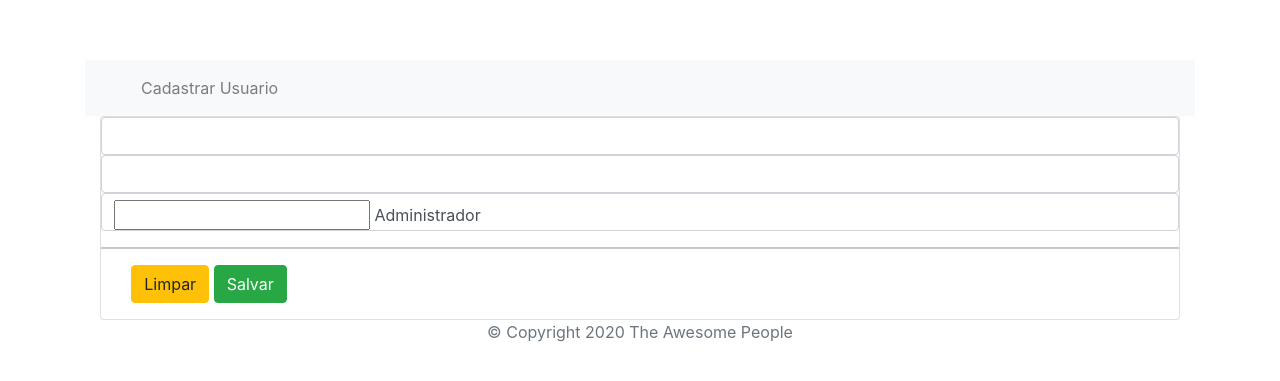
Repository: ClaytonEduard/cartaodeponto
Page: http://localhost/
An editor plug-in stored every save of this project. The page is shown before and after a run of saves, followed by the edit.
The browser window is 1280 px wide. The pictures show the whole page.
Some web libraries are served in a nearby version. The page is served by the project's Node server (app.js).

Above is the page before, as saved 2022-04-11 17:35:44.

After the next 3 saves:
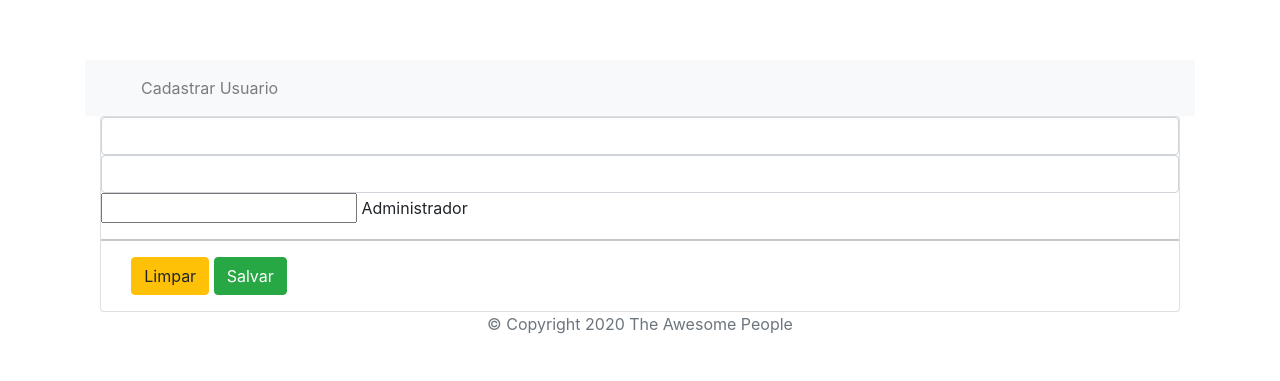
The 3 saves are shown as one change because they came seconds apart.
The last was saved 9 s later.
--- a/views/cadusuario.ejs
+++ b/views/cadusuario.ejs
@@ -24,19 +24,18 @@
 
 
                     <input type="password " class="form-control " id="senha " name="senha ">
+
+                    <input type="checkbox " class="form-control-input " id="eAdmin " name="eAdmin ">
+                    <label class="form-check-label " for="eAdmin ">Administrador</label>
+
+                    <hr />
+                    <div class="mb-3 button " style="margin-left: 8mm; ">
+                        <button class="btn btn-warning " type="reset ">Limpar</button>
+                        <button class="btn btn-success " type="submit ">Salvar</button>
+                    </div>
+                </form>
             </div>
-            <div class="form-control ">
-                <input type="checkbox " class="form-control-input " id="eAdmin " name="eAdmin ">
-                <label class="form-check-label " for="eAdmin ">Administrador</label>
-            </div>
-            <hr />
-            <div class="mb-3 button " style="margin-left: 8mm; ">
-                <button class="btn btn-warning " type="reset ">Limpar</button>
-                <button class="btn btn-success " type="submit ">Salvar</button>
-            </div>
-            </form>
         </div>
-    </div>
     </div>
     </div>
     <script src="https://cdn.jsdelivr.net/npm/@popperjs/core@2.10.2/dist/umd/popper.min.js " integrity="sha384-7+zCNj/IqJ95wo16oMtfsKbZ9ccEh31eOz1HGyDuCQ6wgnyJNSYdrPa03rtR1zdB " crossorigin="anonymous "></script>
